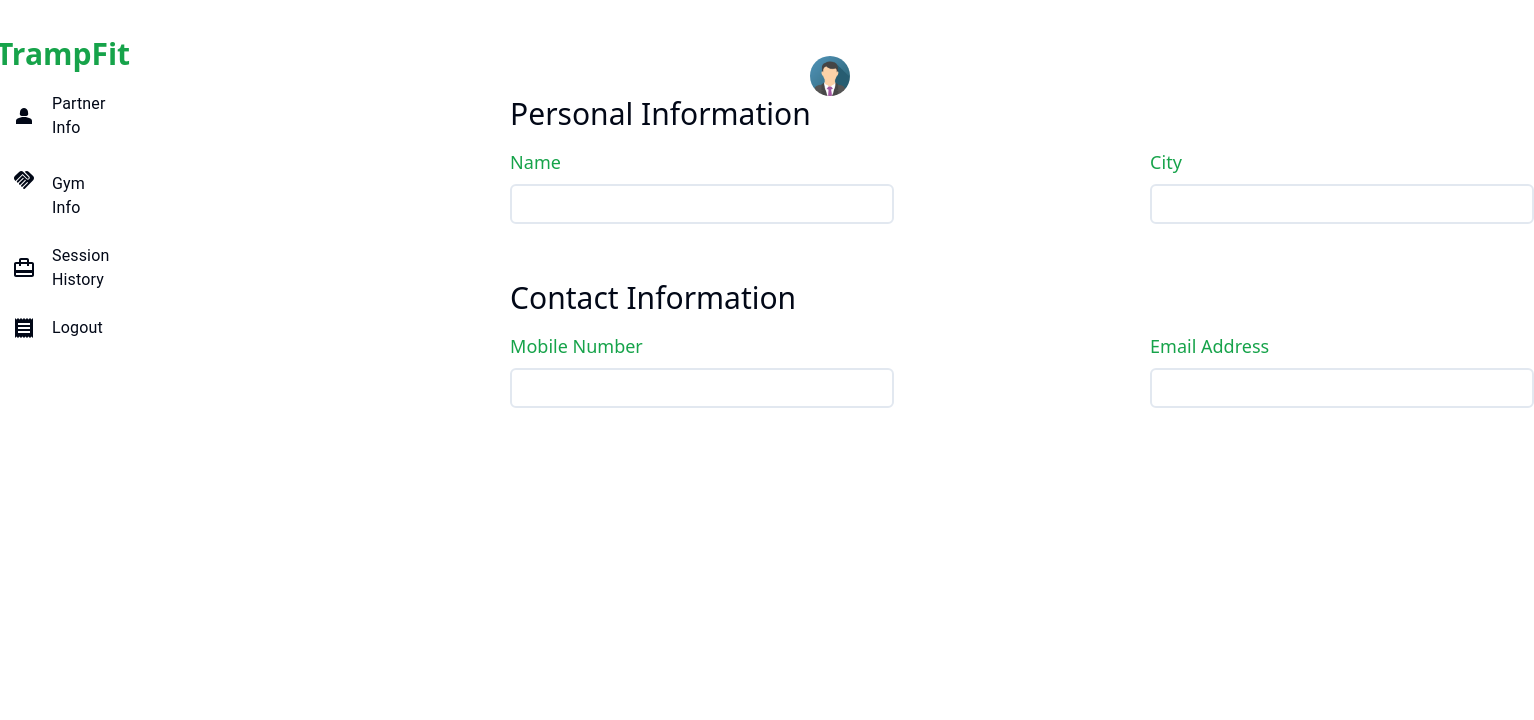
Repository: ezioxatul/TrampFit-Website
Page: /partner/partnerDashboard/partnerInfo (app in Frontend/)
The author's editor kept a copy of each file at every save. The page is drawn from the files as they stood at one save, then again after a run of saves.
The browser window is 1280 px wide. The page is 1534 px wide, then 1408 px, so the pictures cover 1534 px, including what lies to the right of the window. The pictures show the whole page.
The project was rebuilt for these pictures with package versions that can differ from the ones it lists, and the page was loaded fresh each time. The framework's server and built-in components were replaced by stand-ins that run in the browser. Also part of the build but not shown: Frontend/next.config.js, Frontend/next.config.mjs, Frontend/components/Loader.js, Frontend/components/Popup.js.

Above is the page before, as saved 2024-05-16 17:32:00.

After the next 4 saves:
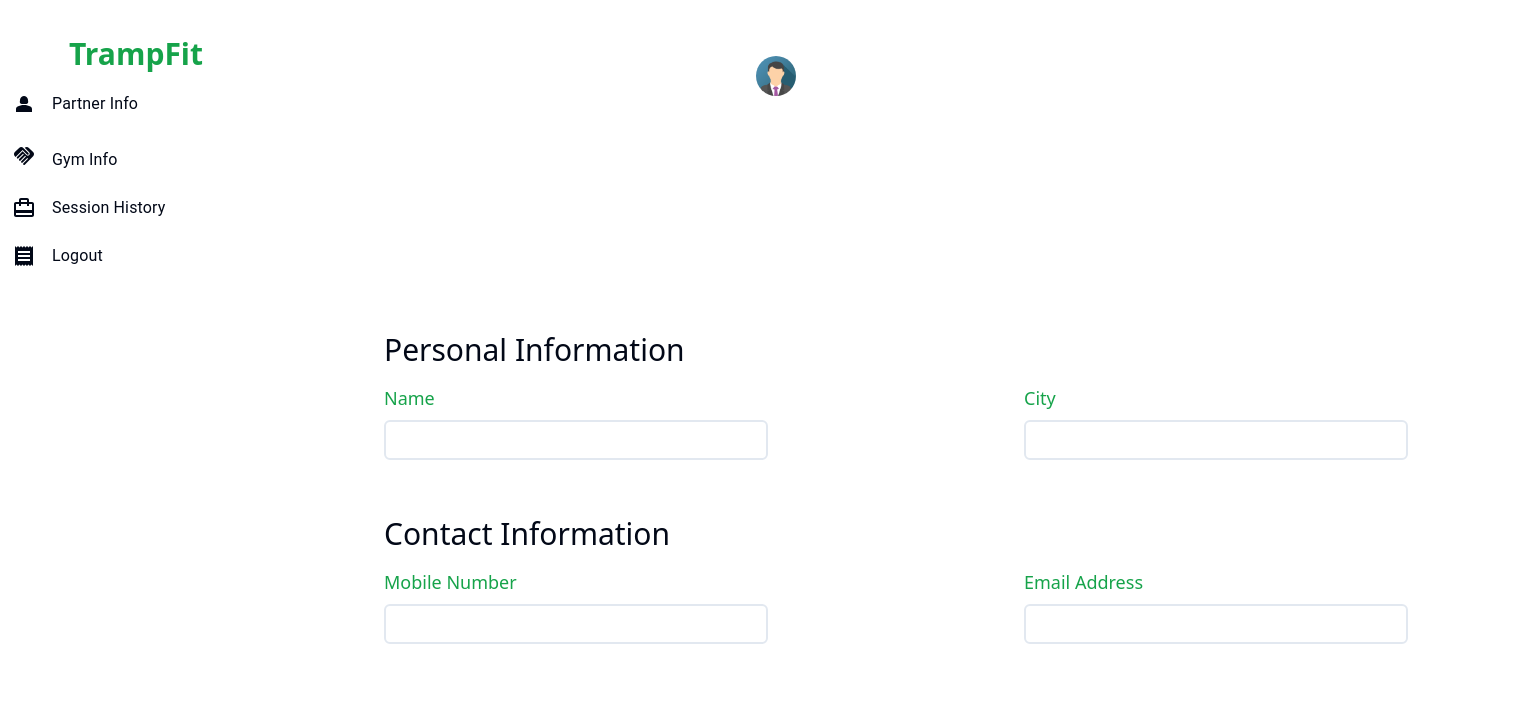
The 4 saves are shown as one change because 3 did not build or start.
The last was saved 2 min 15 s later.
--- a/Frontend/pages/partner/partnerDashboard/partnerInfo.js
+++ b/Frontend/pages/partner/partnerDashboard/partnerInfo.js
@@ -1,17 +1,17 @@
 import PartnerSideBar from "@/components/PartnerSideBar";
 import { Avatar } from "@mui/material";
-import { Input } from "@/components/ui/input"
-import { Label } from "@/components/ui/label"
+import { Input } from "@/components/ui/input";
+import { Label } from "@/components/ui/label";
 import { useEffect, useState } from "react";
 import { useRouter } from "next/router";
 import { ToastContainer, toast } from "react-toastify";
 
 export default function partnerInfo() {
   return (
-    <div className="flex ">
-      <PartnerSideBar />
-      <div className="flex flex-col">
+    <>
+      <div className="flex flex-col min-h-screen">
         <div className=" flex">
+          <PartnerSideBar />
           <div className=" mx-auto mt-12">
             <Avatar
               className=" w-36 h-36 text-6xl bg-black"
@@ -29,10 +29,7 @@ export default function partnerInfo() {
               >
                 Name
               </Label>
-              <Input
-                type="text"
-                className=" w-96 text-lg border-2"
-              />
+              <Input type="text" className=" w-96 text-lg border-2" />
             </div>
             <div className="ml-32 space-y-2">
               <Label
@@ -41,10 +38,7 @@ export default function partnerInfo() {
               >
                 City
               </Label>
-              <Input
-                type="text"
-                className=" w-96 text-lg border-2"
-              />
+              <Input type="text" className=" w-96 text-lg border-2" />
             </div>
           </div>
         </div>
@@ -61,6 +55,7 @@ export default function partnerInfo() {
               <Input
                 type="text"
                 className=" w-96 text-lg border-2"
+
               />
             </div>
             <div className="ml-32 space-y-2 mb-10">
@@ -73,12 +68,13 @@ export default function partnerInfo() {
               <Input
                 type="text"
                 className=" w-96 text-lg border-2"
+
               />
             </div>
             <ToastContainer />
           </div>
         </div>
       </div>
-    </div>
+    </>
   );
 }
